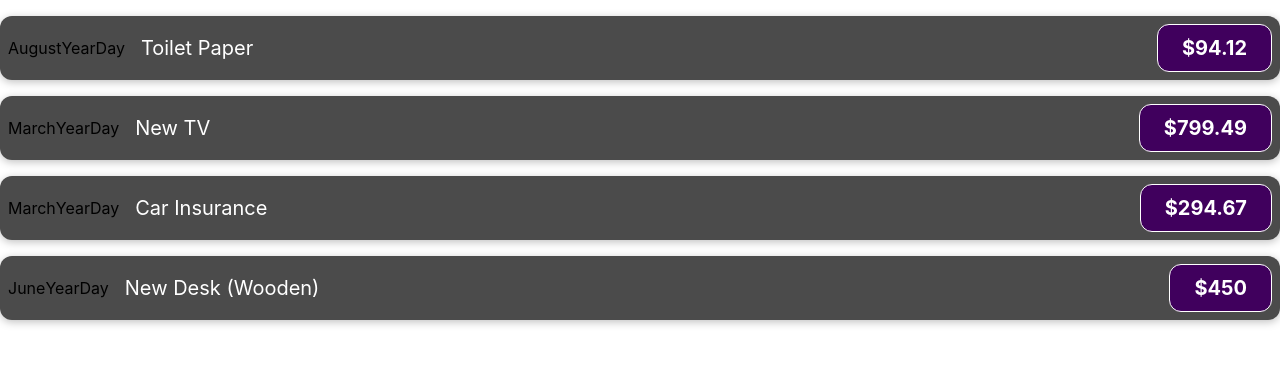
Repository: Sef24/expense-tracker
Page: /
The author's editor kept a copy of each file at every save. The page is drawn from the files as they stood at one save, then again after the next save.
The browser window is 1280 px wide. The pictures show the whole page.
The project was rebuilt for these pictures with package versions that can differ from the ones it lists, and the page was loaded fresh each time.

Above is the page before, as saved 2022-04-21 21:51:57.

After the next save:
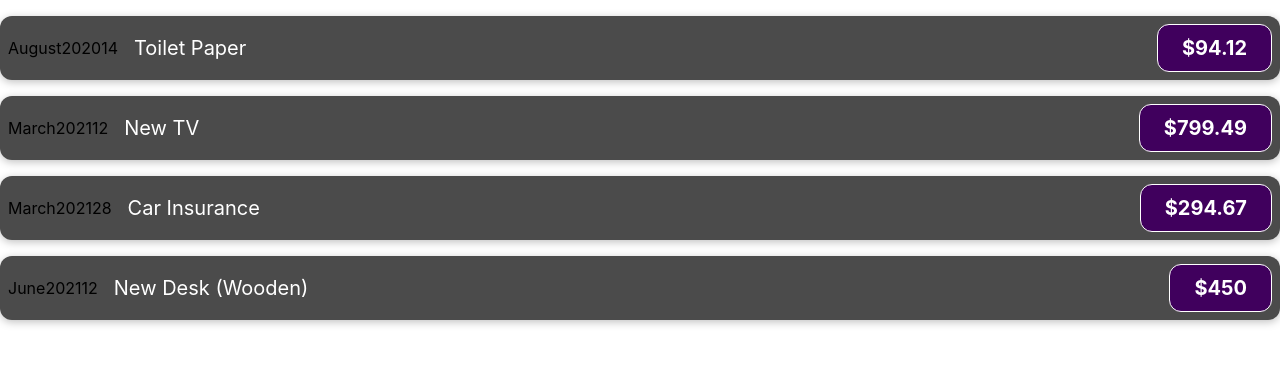
Saved 79 s later.
--- a/src/components/ExpenseItem.js
+++ b/src/components/ExpenseItem.js
@@ -3,14 +3,14 @@ import "./ExpenseItem.css";
 
 function ExpenseItem(props) {
   const month = props.date.toLocaleString("en-US", { month: "long" });
-  const day = props.date.toLocaleString("en-US", { month: "long" });
-  const year = props.date.toLocaleString("en-US", { year: "numeric" });
+  const day = props.date.toLocaleString("en-US", { day: "2-digit" });
+  const year = props.date.getFullYear();
 
   return (
     <div className="expense-item">
       <div>{month}</div>
-      <div>Year</div>
-      <div>Day</div>
+      <div>{year}</div>
+      <div>{day}</div>
 
       <div className="expense-item__description">
         <h2>{props.title}</h2>
